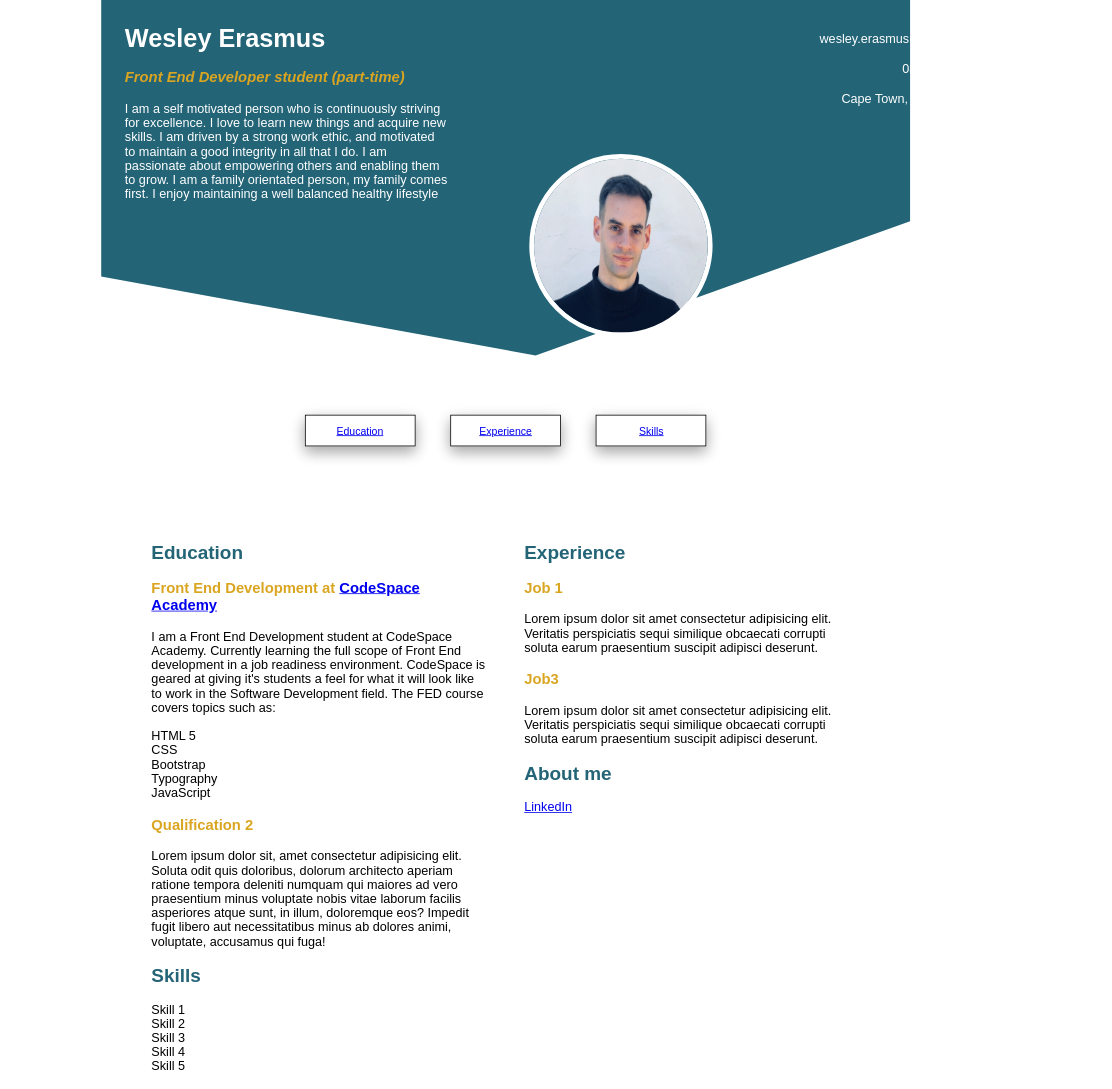
Repository: WesleyErasmus/myDigitalResume
Page: Resume-Projec-3/index.html
These files come from the project's save history. The page is drawn as it stood at one moment and after the next save; the edit follows.
The browser window is 1280 px wide. The page is 1408 px wide, so the pictures cover 1408 px, including what lies to the right of the window. The pictures show the whole page, at 79% of full size.

Above is the page before, as saved 2022-02-12 16:12:41.

### Resume-Projec-3/index.html
<!DOCTYPE html>
<html lang="en">

<head>
  <meta charset="UTF-8">
  <meta http-equiv="X-UA-Compatible" content="IE=edge">
  <meta name="viewport" content="width=device-width, initial-scale=1.0">
  <title>Hello World</title>
  <link rel="stylesheet" href="styles.css">
</head>

<body>
  <header>
    <div class="title">
          <h1>Wesley Erasmus</h1>
          <h3> <em>Front End Developer student (part-time)</em></h3>
          <p>I am a self motivated person who is continuously striving for excellence. I love to learn new things and acquire new skills. I am driven by a strong work ethic, and motivated to maintain a good integrity in all that I do. I am passionate about empowering others and enabling them to grow. I am a family orientated person, my family comes first. I enjoy maintaining a well balanced healthy lifestyle</p>
    </div>


    <ul class="contact-details">
      <li>wesley.erasmus@gmail.com</li>
      <li>083 123 0000</li>
      <li>Cape Town, South Africa</li>
      <li>LinkedIn</li>
    </ul>

    <img id="headshot" src="images/IMG_01081.jpg" alt="Portrait image of Wesley Erasmus">


    <svg width="1024px" >
      <polygon fill="#236477" points="0,0 1024,0 1024,280 550,450 0,350"/>
  </svg>

  </header>
  <nav>

    <ul class="page-links">
      <li> <button><a href="#Education">Education</a></button></li>
      <li><button><a href="#Experience">Experience</a></button></li>
      <li><button><a href="#Skills">Skills</a></button></li>
    </ul>

  </nav>

  <main>

    <div class="flex-col-1">

      <h2 class="color-headings" id="Education">Education</h2>

      <h3>Front End Development at <a href="https://www.codespace.co.za/" target="_blank">CodeSpace Academy</a> </h3>

      <p>I am a Front End Development student at CodeSpace Academy. Currently learning the full scope of Front End development in a job readiness environment. CodeSpace is geared at giving it's students a feel for what it will look like to work in the Software Development field. The FED course covers topics such as:</p>
      <br>
      <ul>
        <li>HTML 5</li>
        <li>CSS</li>
        <li>Bootstrap</li>
        <li>Typography</li>
        <li>JavaScript</li>
      </ul>

        <h3>Qualification 2</h3>

      <p>Lorem ipsum dolor sit, amet consectetur adipisicing elit. Soluta odit quis doloribus, dolorum architecto
        aperiam ratione tempora deleniti numquam qui maiores ad vero praesentium minus voluptate nobis vitae laborum
        facilis asperiores atque sunt, in illum, doloremque eos? Impedit fugit libero aut necessitatibus minus ab
        dolores animi, voluptate, accusamus qui fuga!</p>




      <h2 class="color-headings" id="Skills">Skills</h2>

      <ul>
      <li>Skill 1</li>
      <li>Skill 2</li>
      <li>Skill 3</li>
      <li>Skill 4</li>
      <li>Skill 5</li>
    </ul>

  </div>


    <div class="flex-col-1">
    <h2 class="color-headings" id="Experience">Experience</h2>
    <h3>Job 1</h3>
    <p>Lorem ipsum dolor sit amet consectetur adipisicing elit. Veritatis perspiciatis sequi similique obcaecati
      corrupti soluta earum praesentium suscipit adipisci deserunt.</p>
    <h3>Job3</h3>
    <p>Lorem ipsum dolor sit amet consectetur adipisicing elit. Veritatis perspiciatis sequi similique obcaecati
      corrupti soluta earum praesentium suscipit adipisci deserunt.</p>


    <h2 class="color-headings" >About me</h2>
    <p>
      <a href="https://www.linkedin.com/feed/" target="_blank">LinkedIn</a>
    </p>
  </div>

  </main>

</body>

</html>

### Resume-Projec-3/styles.css
* {
    margin: 0;
    padding: 0;
    font-family: sans-serif;
}
body {
max-width: 1024px;
max-height: 830px;
margin: 0 auto;
}
ul {
    list-style-type: none;
}
header {
    width: 100%;
    color: #fff;
    margin-bottom: 50px;
}
h3 {
    color: goldenrod;
    margin-top: 20px;
    margin-bottom: 20px;
}
.contact-details {
    position: absolute;
    float: right;
    top: 30px;
    right: 30px;
    text-align: right;
    list-style-type: none;
}
.contact-details li{
    padding: 10px;
}
.title {
    width: 40%;
    padding: 30px;
}
img {
    position: relative;
    float: right;
    right: 250px;
    top: -90px;
    width: 220px;
    height: 220px;
    border-radius: 50%;
    border: 6px solid #fff;
}

svg {
    display: block;
    width: 1024px;
    z-index: -1;
    position: absolute;
    top: 0;
    width: 100%;
    height: 500px;
}
nav {
    margin-top: 240px ;
}
.page-links li{
    display: inline;
    background-color: #fff;
    margin: 20px;
}
button {
    color: #000;
    background-color: #fff;
    width: 140px;
    height: 40px;
    border: solid 1px black;
    box-shadow: 0 8px 16px 0 rgba(0,0,0,0.2), 0 6px 20px 0 rgba(0,0,0,0.19);
}
button:hover {
    cursor: pointer;
    background-color: #cfdfda;

}
a:visited {
    color: #173042;
  }

  a:active {
    color: blue;
  }
/* button:click {
    cursor: pointer;

} */
.color-headings {
    color: #236477;
    margin: 20px 0 20px 0;
}
.page-links{
    text-align: center;
}

main {

    margin: 80px 40px 0 40px;
    display: flex;
    flex-direction: row;
}
.flex-col-1, .flex-col-2 {
    margin: 0 auto;
    text-align: left;
    width: 45%;
    padding: 20px;

}

After the next save:
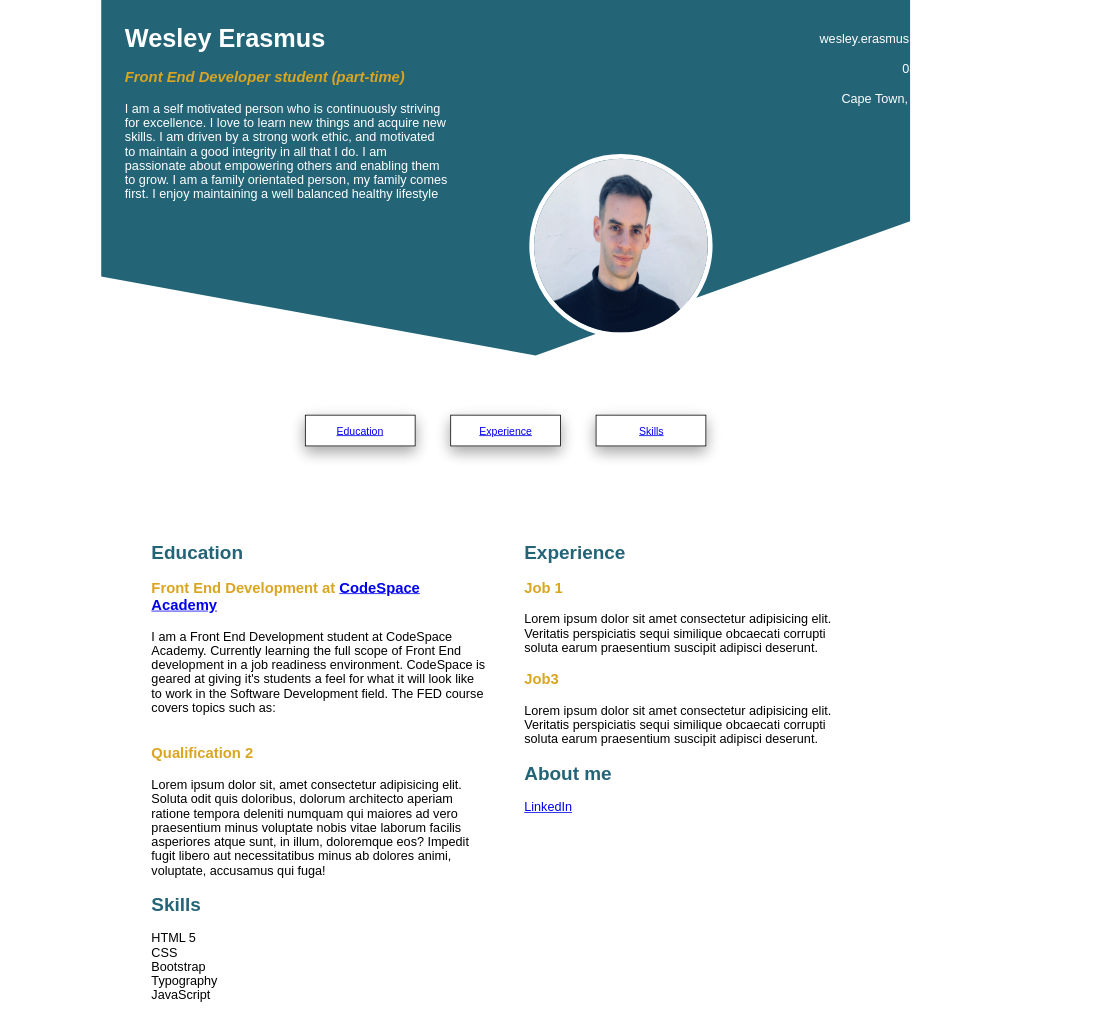
Saved 25 s later.
--- a/Resume-Projec-3/index.html
+++ b/Resume-Projec-3/index.html
@@ -53,13 +53,6 @@
 
       <p>I am a Front End Development student at CodeSpace Academy. Currently learning the full scope of Front End development in a job readiness environment. CodeSpace is geared at giving it's students a feel for what it will look like to work in the Software Development field. The FED course covers topics such as:</p>
       <br>
-      <ul>
-        <li>HTML 5</li>
-        <li>CSS</li>
-        <li>Bootstrap</li>
-        <li>Typography</li>
-        <li>JavaScript</li>
-      </ul>
 
         <h3>Qualification 2</h3>
 
@@ -74,12 +67,12 @@
       <h2 class="color-headings" id="Skills">Skills</h2>
 
       <ul>
-      <li>Skill 1</li>
-      <li>Skill 2</li>
-      <li>Skill 3</li>
-      <li>Skill 4</li>
-      <li>Skill 5</li>
-    </ul>
+        <li>HTML 5</li>
+        <li>CSS</li>
+        <li>Bootstrap</li>
+        <li>Typography</li>
+        <li>JavaScript</li>
+      </ul>
 
   </div>
 
